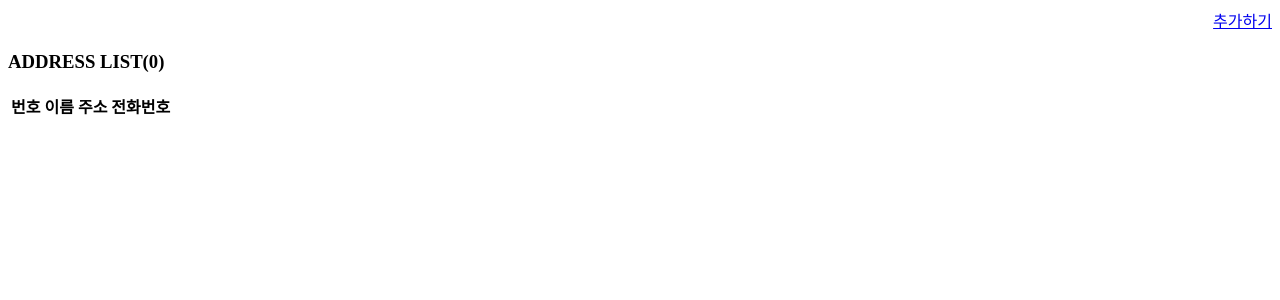
Repository: yubeens/JSP
Page: http://localhost/JSP_Project/jQueryAddress/list.jsp
An editor plug-in stored every save of this project. The page is shown before and after the next save, followed by the edit.
The browser window is 1280 px wide. The pictures show the whole page.
The page is served by Tomcat 9. Other server files are loaded and not shown. Queries for data that is not in the repository find no rows.

Above is the page before, as saved 2025-03-06 02:43:48.

### JSP_Project/src/main/webapp/jQueryAddress/list.jsp
<%@page import="com.address.Address"%>
<%@page import="java.util.ArrayList"%>
<%@page import="com.address.AddressDAO"%>
<%@ page language="java" contentType="text/html; charset=UTF-8"
    pageEncoding="UTF-8"%>
<!DOCTYPE html>
<html>
<head>
<meta charset="UTF-8">
<title>Insert title here</title>
</head>
<%
AddressDAO dao = new AddressDAO();
ArrayList<Address>alist= dao.list();
int count = dao.getCount();
%>
<body>
<div align="right">
<a href="insert.jsp">추가하기</a>
</div>
<h3>ADDRESS LIST(<%=count %>)</h3>
<table>
	<tr>
		<th>번호</th>
		<th>이름</th>
		<th>주소</th>
		<th>전화번호</th>
	</tr>
<%
	for(Address ad:alist){
%>
<tr>
	<td><%=ad.getNum() %></td>
	<td><a href="detail.jsp?num=<%=ad.getNum()%>"><%=ad.getName() %></a></td>
	<!-- 주소 뒤에 ?를 붙이면 벨류를 갖고간다. -->
	<td><%=ad.getAddress() %></td>
	<td><%=ad.getTel() %></td>
</tr>
<%
	}
%>
</table>
</body>
</html>

### JSP_Project/src/main/java/com/address/AddressDAO.java
package com.address;

import java.sql.Connection;
import java.sql.DriverManager;
import java.sql.PreparedStatement;
import java.sql.ResultSet;
import java.sql.SQLException;
import java.sql.Statement;
import java.util.ArrayList;

public class AddressDAO {
	String url, user, pwd;

	public AddressDAO() {
		/*C:\app\it\product\21c\dbhomeXE\jdbc\lib 오라클 드라이버경로에서
		맞는 버전을 복사하여 web-inf/lib경로에 붙여넣기 한다. (컴퓨터가 어떤 sql을 쓰는지 알수있음)*/
		try {
			Class.forName("oracle.jdbc.driver.OracleDriver");
			 url="jdbc:oracle:thin:@localhost:1521:xe";
			 user="scott";
			 pwd="tiger";
		} catch (ClassNotFoundException e) { //예외처리 (없을 수 도 있으니 예외처리 일단 해줌)
			// TODO Auto-generated catch block
			e.printStackTrace();
		}

	}

	//추가: insert into address ~~~
	public void insert(Address addr) {
		Connection con=null; //연결객체
		PreparedStatement ps=null; //? 사용시

		try {
			con= DriverManager.getConnection(url, user, pwd); //예외처리 //연결을 통해서 객체가 만들어짐
			String sql = "insert into address(num,name,zipcode,address,tel) values(address_seq.nextval,?,?,?,?)"; //?: 나중에 값을 처리하겠다.
			ps= con.prepareStatement(sql);
			ps.setString(1, addr.getName());
			ps.setString(2, addr.getZipcode());
			ps.setString(3, addr.getAddress());
			ps.setString(4, addr.getTel());

			//실행
			ps.executeUpdate();
		} catch (SQLException e) {
			e.printStackTrace();
		} finally {
			closeConnection(con,ps,null,null);
		}
	}


	//전체보기
	public ArrayList<Address> list() {
		Connection con = null;
		Statement st = null;
		ResultSet rs = null;

		ArrayList<Address>alist = new ArrayList<>();

		try {
			con = DriverManager.getConnection(url, user, pwd);
			String sql = "select * from address";
			st = con.createStatement();
			rs = st.executeQuery(sql);

			while(rs.next()) {
				Address ad = new Address();
				ad.setAddress(rs.getString("address"));
				ad.setName(rs.getString("name"));
				ad.setNum(rs.getInt("num"));
				ad.setTel(rs.getString("tel"));
				ad.setZipcode(rs.getString("zipcode"));
				alist.add(ad);
			}

		} catch (SQLException e) {
			e.printStackTrace();
		} finally {
			closeConnection(con, null, st, rs);
		}
		return alist;

	}


	//개수
	public int getCount() {
		Connection con = null;
		Statement st = null;
		ResultSet rs = null;
		int count=0;


		try {
			con = DriverManager.getConnection(url,user,pwd);
			String sql = "select count(*) from address";
			st = con.createStatement();
			rs = st.executeQuery(sql);
			if(rs.next()) {
				count = rs.getInt(1); //컬럼명 없으면 위치값으로
			}
		} catch (SQLException e) {
			e.printStackTrace();
		}finally {
			closeConnection(con, null, st, rs);
		}
		return count;
	}


	//삭제
	public void delete(int num) {
		Connection con = null;
		Statement st = null;

		try {
			con = DriverManager.getConnection(url,user,pwd);
			String sql = "delete from address where num="+num;
			st = con.createStatement();
			st.executeQuery(sql);
		} catch (SQLException e) {
			e.printStackTrace();
		}
	}


	//수정
	 public void update(Address ad) {
	        Connection con=null;
	        PreparedStatement ps=null;

	        try {
	            con=DriverManager.getConnection(url,user,pwd);
	            String sql="update address set name=?,zipcode=?,tel=?, address=? where num=?";
	            ps=con.prepareStatement(sql);
	            ps.setString(1,ad.getName());
	            ps.setString(2,ad.getZipcode());
	            ps.setString(3,ad.getTel());
	            ps.setString(4,ad.getAddress());
	            ps.setInt(5,ad.getNum());
	            ps.executeUpdate();

	        } catch (SQLException e) {
	            e.printStackTrace();
	        }
	}


	//상세보기
	public Address detail(int num) {

		Connection con = null;
		Statement st = null;
		ResultSet rs = null;
		Address address = null;

		try {
			con = DriverManager.getConnection(url,user,pwd);
			String sql="Select * from address where num ="+num;
			System.out.println(sql);
			st = con.createStatement();
			rs = st.executeQuery(sql);
			if(rs.next()) {
				address = new Address();
				address.setAddress(rs.getString("address"));
				address.setName(rs.getString("name"));
				address.setNum(rs.getInt("num"));
				address.setTel(rs.getString("tel"));
				address.setZipcode(rs.getString("zipcode"));

			}
		} catch (SQLException e) {
			e.printStackTrace();
		}finally {
			closeConnection(con, null, st, rs);
		}
		return address;
	}


	//우편번호 검색
	public ArrayList<ZipCode> zipcodeRead(String dong) {
		Connection con = null;
		Statement st = null;
		ResultSet rs = null;
		ArrayList<ZipCode> zarr = new ArrayList<ZipCode>();

		try {
			con=DriverManager.getConnection(url,user,pwd);
			String sql="select * from zipcode where dong like '%"+dong+"%'";
			System.out.println(sql);
			st=con.createStatement();
			rs=st.executeQuery(sql);
			while(rs.next()) {
				ZipCode z = new ZipCode();
				z.setBunji(rs.getString("bunji"));
				z.setDong(rs.getString("dong"));
				z.setGugun(rs.getString("gugun"));
				z.setSeq(rs.getInt("seq"));
				z.setSido(rs.getString("sido"));
				z.setZipcode(rs.getString("zipcode"));
				zarr.add(z);
			}

		} catch (SQLException e) {
			e.printStackTrace();
		}finally {
			closeConnection(con, null, st, rs);
		}
		return zarr;

	}

	//------
	private void closeConnection(Connection con,PreparedStatement ps, Statement st, ResultSet rs) {
			try {
				if(con!=null) con.close();
				if(ps!=null) con.close();
				if(st!=null) con.close();
				if(rs!=null) con.close();
			} catch (SQLException e) {
				e.printStackTrace();
			}
	}
}

After the next save:
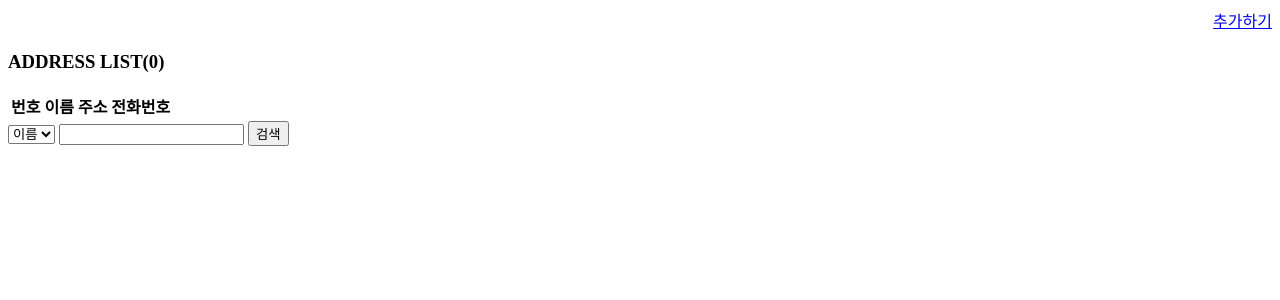
Saved 7 min 33 s later.
--- a/JSP_Project/src/main/webapp/jQueryAddress/list.jsp
+++ b/JSP_Project/src/main/webapp/jQueryAddress/list.jsp
@@ -40,5 +40,14 @@ int count = dao.getCount();
 	}
 %>
 </table>
+<form>
+ <select>
+  <option>이름</option>
+  <option>주소</option>
+ </select>
+ <input type="text">
+ <input type="submit" value="검색">
+
+ </form>
 </body>
 </html>
